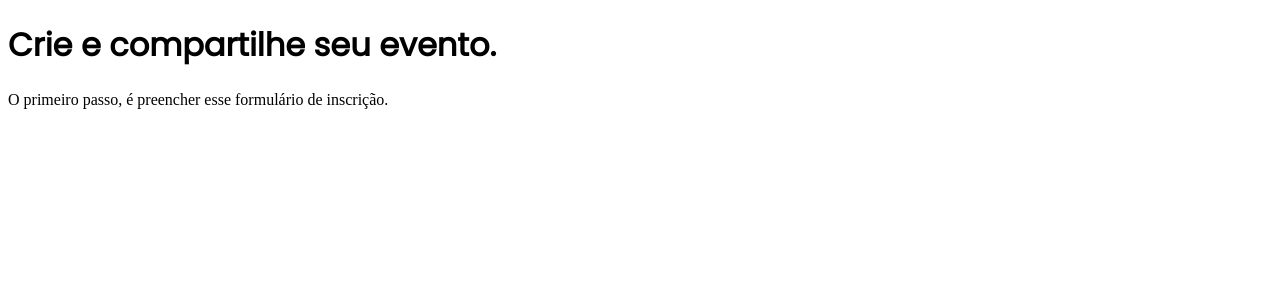
Repository: devMuriloOliveira/Formulario
Page: index.html
The author's editor kept a copy of each file at every save. The page is drawn from the files as they stood at one save, then again after a run of saves.
The browser window is 1280 px wide. The pictures show the whole page.

Above is the page before, as saved 2023-10-30 19:23:51.

### index.html
<!DOCTYPE html>
<html lang="en">
  <head>
    <link rel="preconnect" href="https://fonts.googleapis.com" />
    <link rel="preconnect" href="https://fonts.gstatic.com" crossorigin />
    <meta charset="UTF-8" />
    <meta name="viewport" content="width=device-width, initial-scale=1.0" />
    <title>Crie seu evento</title>
    <link rel="stylesheet" href="style.css" />

    <link
      href="https://fonts.googleapis.com/css2?family=Archivo:wght@600;700&family=Poppins&display=swap"
      rel="stylesheet"
    />
  </head>
  <body>
    <header>
      <h1>Crie e compartilhe seu evento.</h1>
      <p>O primeiro passo, é preencher esse formulário de inscrição.</p>
    </header>

    <form action=""></form>
  </body>
</html>

### style.css
h1{
  font-family: 'Archivo', sans-serif;
font-family: 'Poppins', sans-serif;
}

After the next 2 saves:
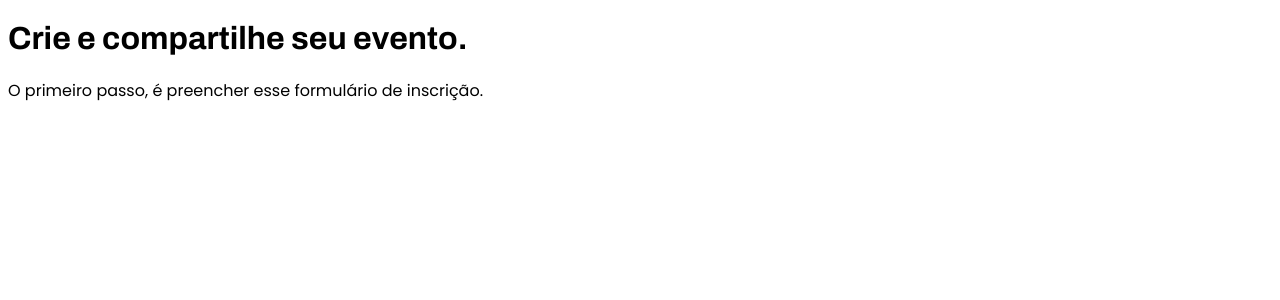
The 2 saves are shown as one change because they came seconds apart.
The last was saved 24 s later.
--- a/style.css
+++ b/style.css
@@ -1,4 +1,9 @@
 h1{
   font-family: 'Archivo', sans-serif;
-font-family: 'Poppins', sans-serif;
+  font-weight: bold;
 }
+
+body{
+
+  font-family: 'Poppins', sans-serif;
+}
